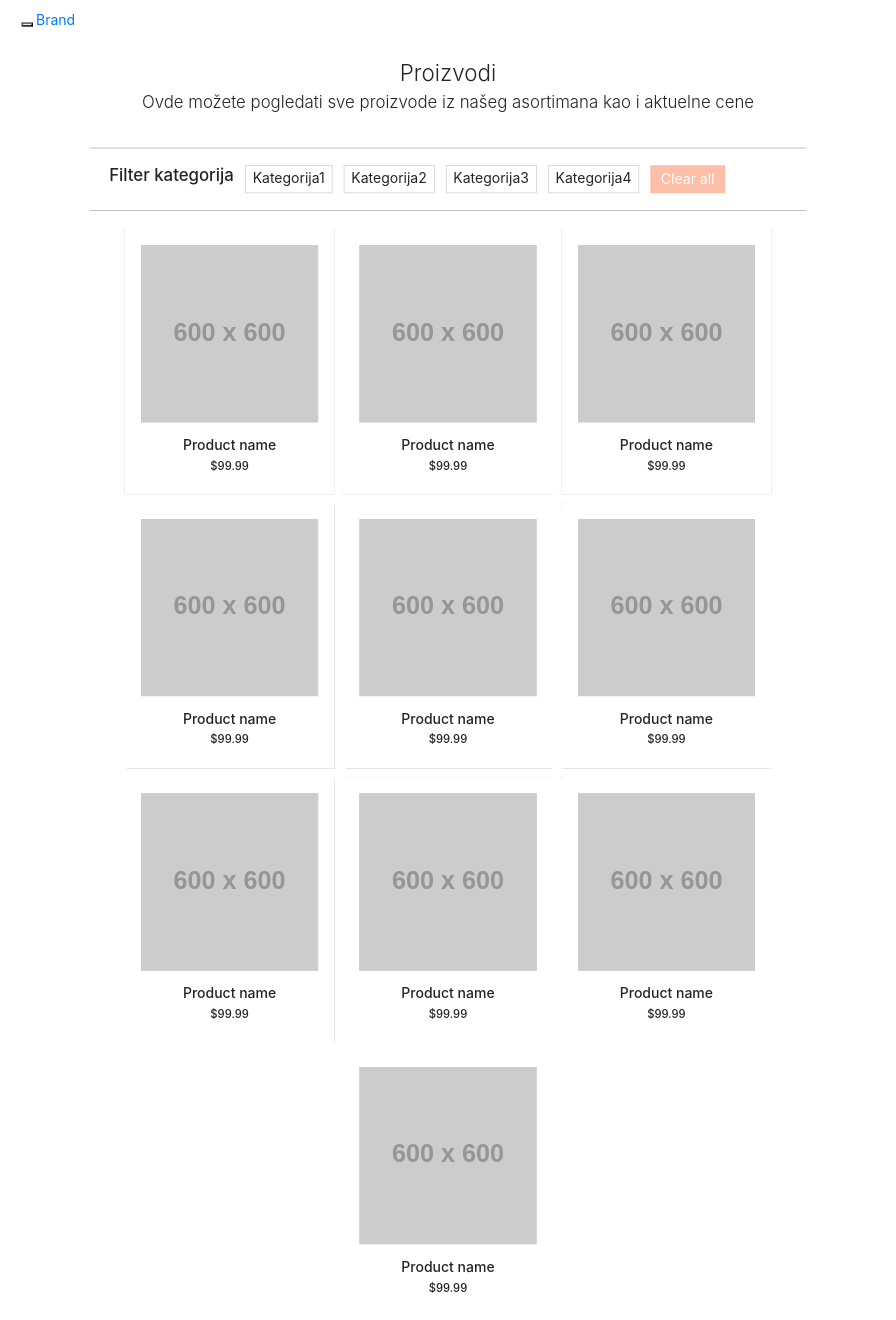
Repository: StevanFilipovic/TemplateForSinglepageWebsite
Page: products.html
An editor plug-in stored every save of this project. The page is shown before and after the next save, followed by the edit.
The browser window is 1280 px wide. The pictures show the whole page, at 70% of full size.
Some web libraries are served in a nearby version.

Above is the page before, as saved 2018-06-15 15:21:07.

After the next save:
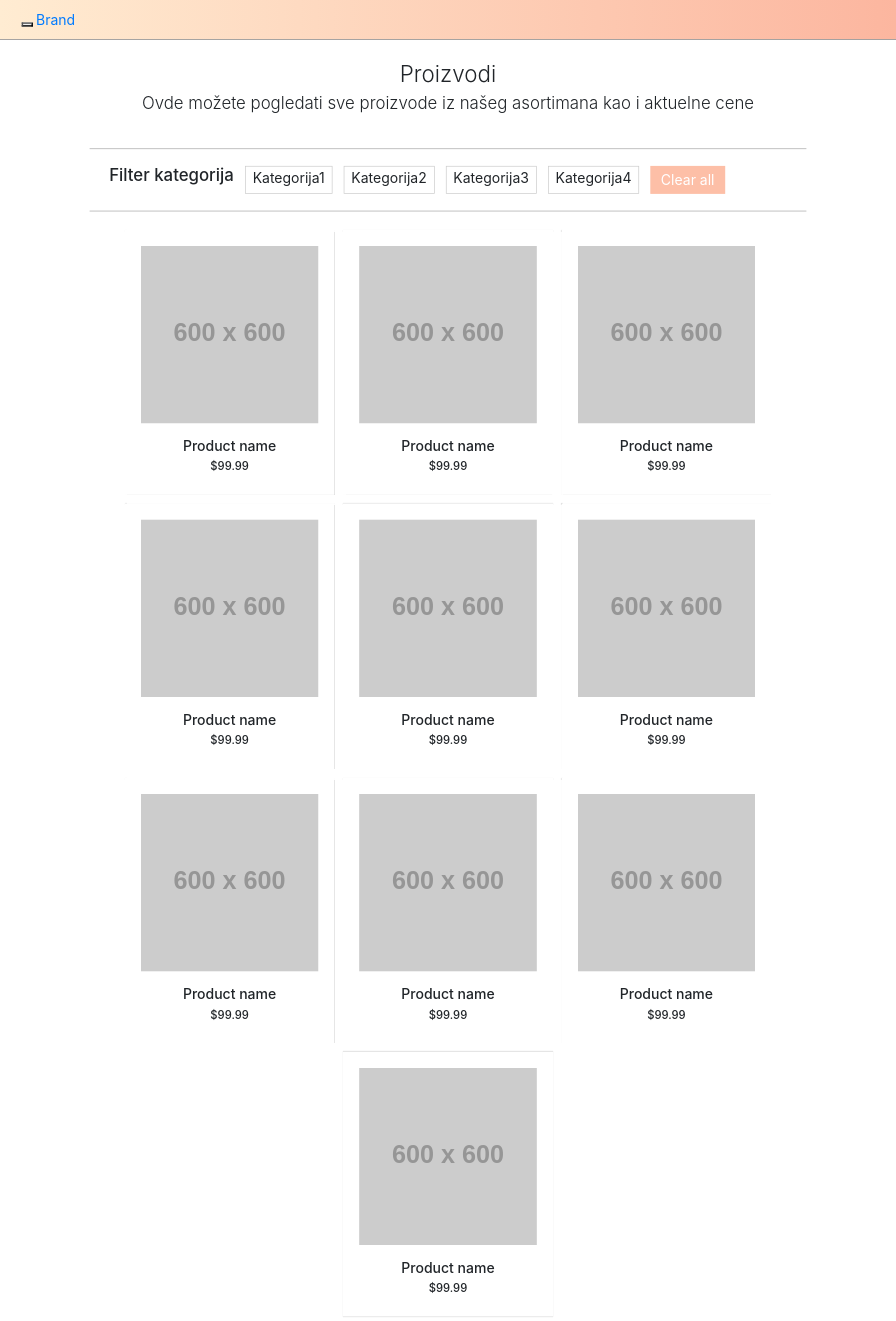
Saved 48 s later.
--- a/products.html
+++ b/products.html
@@ -69,59 +69,61 @@
 </head>
 
 <body>
-    <nav class="navbar navbar-default">
-        <div class="container-fluid">
-          <!-- Brand and toggle get grouped for better mobile display -->
-          <div class="navbar-header">
-            <button type="button" class="navbar-toggle collapsed" data-toggle="collapse" data-target="#bs-example-navbar-collapse-1" aria-expanded="false">
-              <span class="sr-only">Toggle navigation</span>
-              <span class="icon-bar"></span>
-              <span class="icon-bar"></span>
-              <span class="icon-bar"></span>
-            </button>
-            <a class="navbar-brand" href="#">Brand</a>
-          </div>
-
-          <!-- Collect the nav links, forms, and other content for toggling -->
-          <div class="collapse navbar-collapse" id="bs-example-navbar-collapse-1">
-            <ul class="nav navbar-nav">
-              <li class="active"><a href="#">Link <span class="sr-only">(current)</span></a></li>
-              <li><a href="#">Link</a></li>
-              <li class="dropdown">
-                <a href="#" class="dropdown-toggle" data-toggle="dropdown" role="button" aria-haspopup="true" aria-expanded="false">Dropdown <span class="caret"></span></a>
-                <ul class="dropdown-menu">
-                  <li><a href="#">Action</a></li>
-                  <li><a href="#">Another action</a></li>
-                  <li><a href="#">Something else here</a></li>
-                  <li role="separator" class="divider"></li>
-                  <li><a href="#">Separated link</a></li>
-                  <li role="separator" class="divider"></li>
-                  <li><a href="#">One more separated link</a></li>
+    <div class="header">
+        <nav class="navbar navbar-default">
+            <div class="container-fluid">
+              <!-- Brand and toggle get grouped for better mobile display -->
+              <div class="navbar-header">
+                <button type="button" class="navbar-toggle collapsed" data-toggle="collapse" data-target="#bs-example-navbar-collapse-1" aria-expanded="false">
+                  <span class="sr-only">Toggle navigation</span>
+                  <span class="icon-bar"></span>
+                  <span class="icon-bar"></span>
+                  <span class="icon-bar"></span>
+                </button>
+                <a class="navbar-brand" href="#">Brand</a>
+              </div>
+
+              <!-- Collect the nav links, forms, and other content for toggling -->
+              <div class="collapse navbar-collapse" id="bs-example-navbar-collapse-1">
+                <ul class="nav navbar-nav">
+                  <li class="active"><a href="#">Link <span class="sr-only">(current)</span></a></li>
+                  <li><a href="#">Link</a></li>
+                  <li class="dropdown">
+                    <a href="#" class="dropdown-toggle" data-toggle="dropdown" role="button" aria-haspopup="true" aria-expanded="false">Dropdown <span class="caret"></span></a>
+                    <ul class="dropdown-menu">
+                      <li><a href="#">Action</a></li>
+                      <li><a href="#">Another action</a></li>
+                      <li><a href="#">Something else here</a></li>
+                      <li role="separator" class="divider"></li>
+                      <li><a href="#">Separated link</a></li>
+                      <li role="separator" class="divider"></li>
+                      <li><a href="#">One more separated link</a></li>
+                    </ul>
+                  </li>
                 </ul>
-              </li>
-            </ul>
-            <form class="navbar-form navbar-left">
-              <div class="form-group">
-                <input type="text" class="form-control" placeholder="Search">
-              </div>
-              <button type="submit" class="btn btn-default">Submit</button>
-            </form>
-            <ul class="nav navbar-nav navbar-right">
-              <li><a href="#">Link</a></li>
-              <li class="dropdown">
-                <a href="#" class="dropdown-toggle" data-toggle="dropdown" role="button" aria-haspopup="true" aria-expanded="false">Dropdown <span class="caret"></span></a>
-                <ul class="dropdown-menu">
-                  <li><a href="#">Action</a></li>
-                  <li><a href="#">Another action</a></li>
-                  <li><a href="#">Something else here</a></li>
-                  <li role="separator" class="divider"></li>
-                  <li><a href="#">Separated link</a></li>
+                <form class="navbar-form navbar-left">
+                  <div class="form-group">
+                    <input type="text" class="form-control" placeholder="Search">
+                  </div>
+                  <button type="submit" class="btn btn-default">Submit</button>
+                </form>
+                <ul class="nav navbar-nav navbar-right">
+                  <li><a href="#">Link</a></li>
+                  <li class="dropdown">
+                    <a href="#" class="dropdown-toggle" data-toggle="dropdown" role="button" aria-haspopup="true" aria-expanded="false">Dropdown <span class="caret"></span></a>
+                    <ul class="dropdown-menu">
+                      <li><a href="#">Action</a></li>
+                      <li><a href="#">Another action</a></li>
+                      <li><a href="#">Something else here</a></li>
+                      <li role="separator" class="divider"></li>
+                      <li><a href="#">Separated link</a></li>
+                    </ul>
+                  </li>
                 </ul>
-              </li>
-            </ul>
-          </div><!-- /.navbar-collapse -->
-        </div><!-- /.container-fluid -->
-      </nav>
+              </div><!-- /.navbar-collapse -->
+            </div><!-- /.container-fluid -->
+          </nav>
+    </div>
     <div class="intro-text">
         <h2>Proizvodi</h2>
         <h4>Ovde možete pogledati sve proizvode iz našeg asortimana kao i aktuelne cene</h4>
